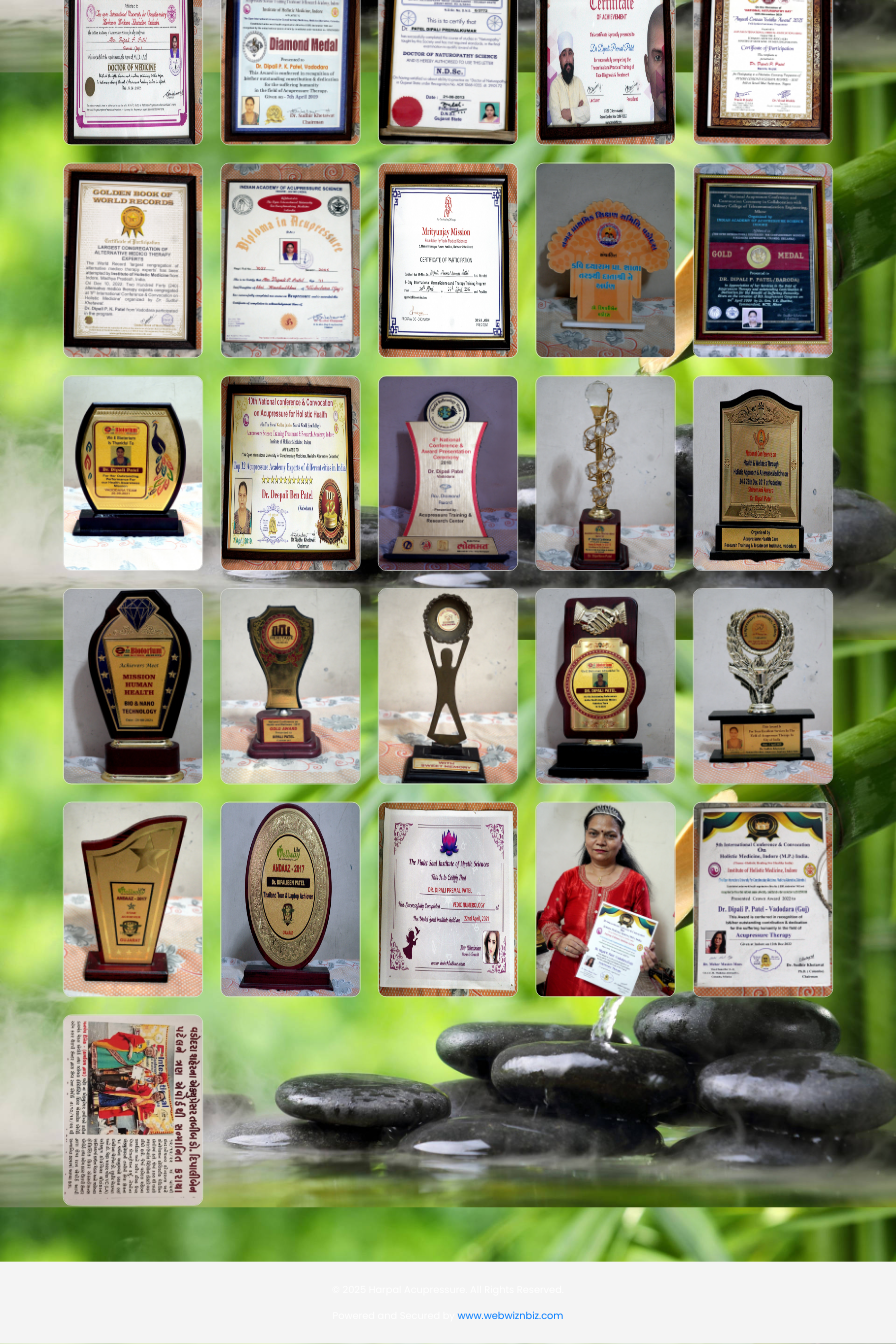
Repository: swasthiik/my-websites
Page: about.html
An editor plug-in stored every save of this project. The page is shown before and after the next save, followed by the edit.
The browser window is 1280 px wide. The pictures show the part of the page from y = 2328 to 4248 px (the page is 4248 px tall), at 70% of full size.
Backgrounds fixed to the window are drawn as part of the page.

Above is the page before, as saved 2025-11-02 20:56:08.

After the next save:
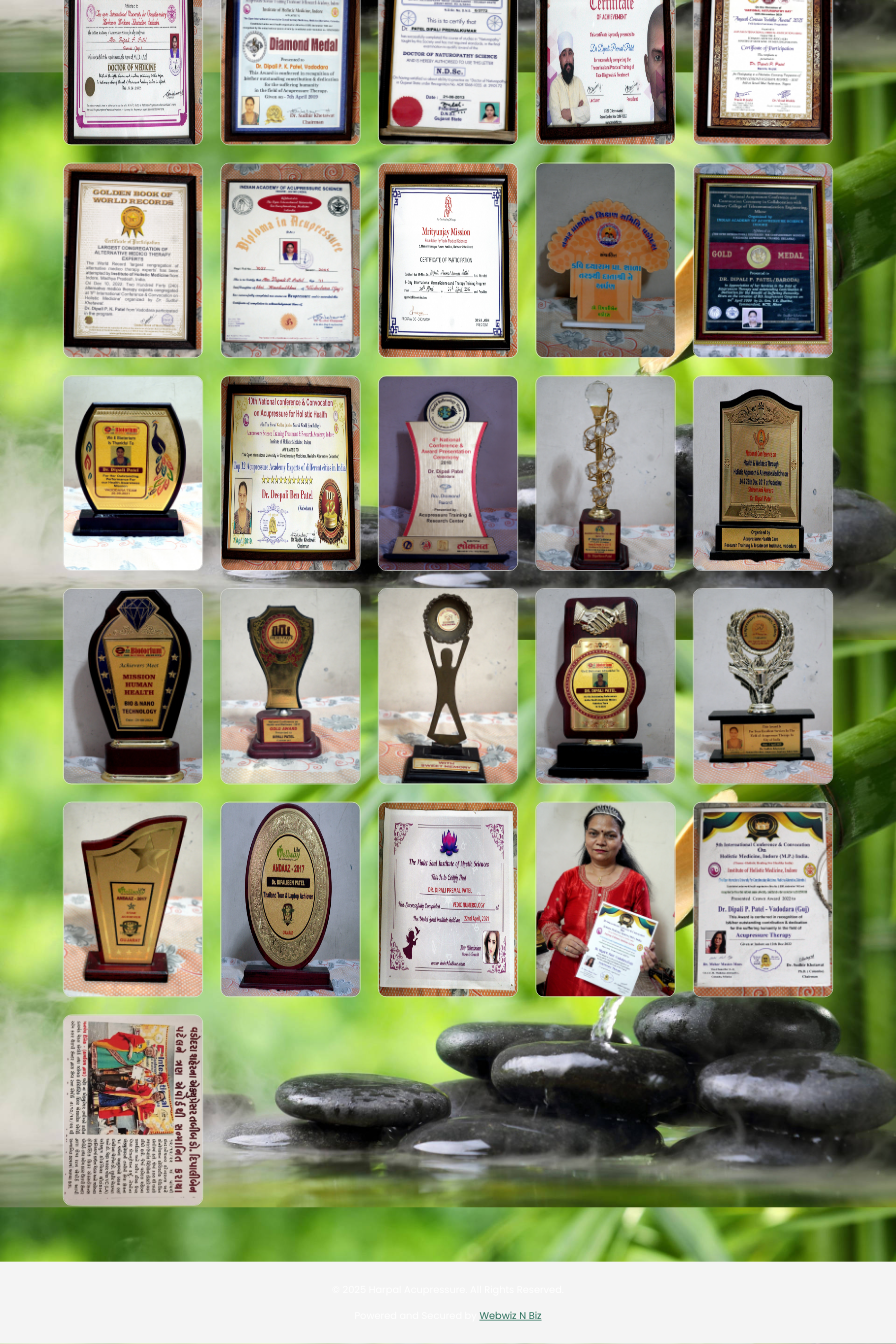
Saved 15 s later.
--- a/about.html
+++ b/about.html
@@ -160,7 +160,7 @@
   <!-- FOOTER -->
   <footer style="text-align: center; font-size: 14px; padding: 15px 0; background: #f4f4f4;">
     <p>&copy; <span id="current-year"></span> Harpal Acupressure. All Rights Reserved.</p>
-    <p>Powered and Secured by <a href="https://www.webwiznbiz.com" target="_blank" rel="noopener noreferrer" style="color: #007BFF; text-decoration: none;">www.webwiznbiz.com</a></p>
+    <p>Powered and Secured by <a href="https://www.webwiznbiz.com" target="_blank" rel="noopener noreferrer">Webwiz N Biz</a></p>
   </footer>
 
   <script src="main.js"></script>
